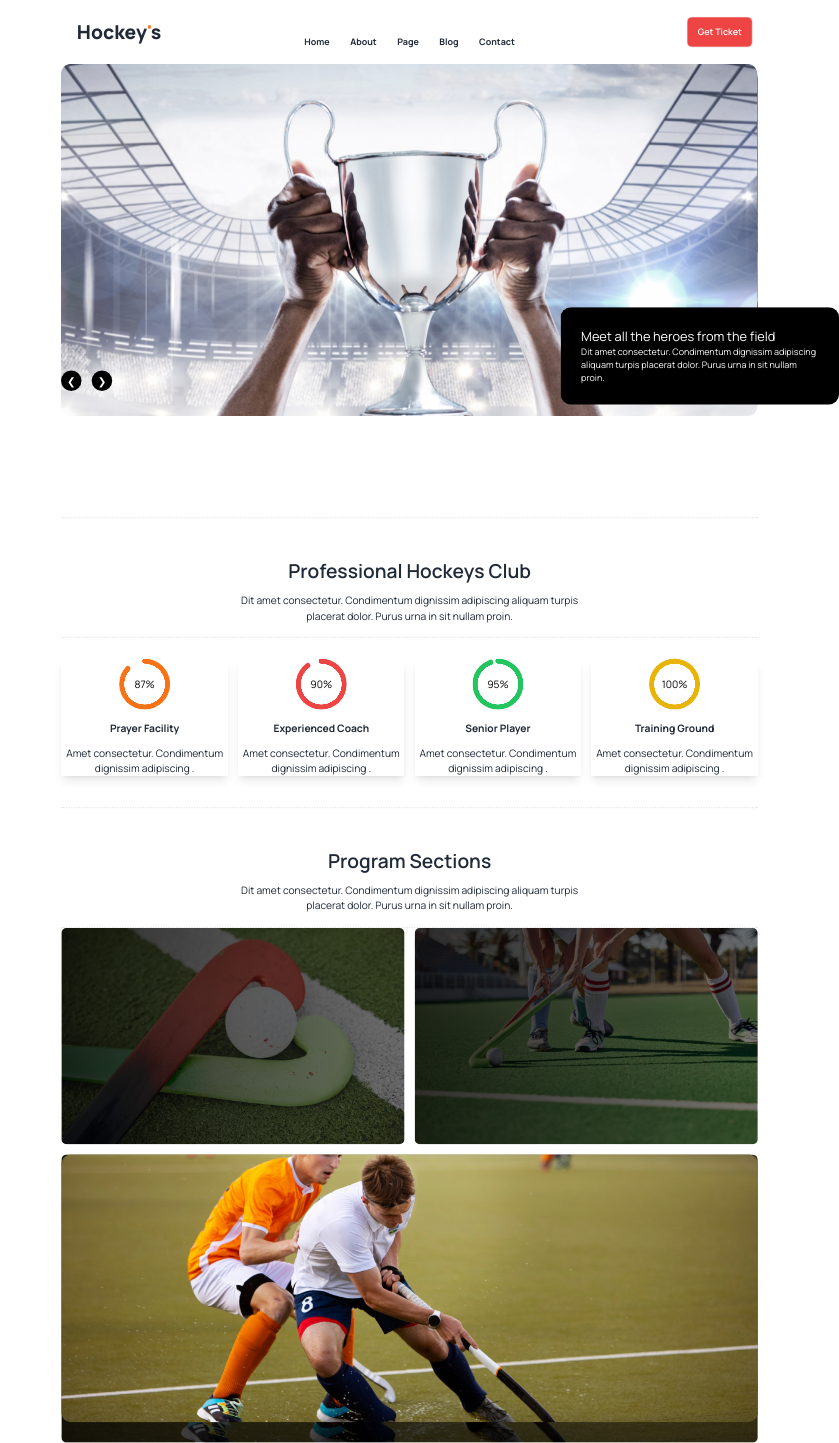
Repository: RudrasahaDibos/Hockey-
Page: index.html
These files come from the project's save history. The page is drawn as it stood at one moment and after the next save; the edit follows.
The browser window is 1280 px wide. The page is 1311 px wide, so the pictures cover 1311 px, including what lies to the right of the window. The pictures show the whole page, at 64% of full size.
Some web libraries are served in a nearby version.

Above is the page before, as saved 2024-10-23 22:32:21.

### index.html
<!DOCTYPE html>
<html lang="en">
<head>
    <meta charset="UTF-8">
    <meta name="viewport" content="width=device-width, initial-scale=1.0">
    <title>Hockeys</title>
    <!-- Tailwinds css -->
    <link href="https://cdn.jsdelivr.net/npm/daisyui@4.12.13/dist/full.min.css" rel="stylesheet" type="text/css" />
    <script src="https://cdn.tailwindcss.com"></script>
    <!-- Font asome -->
    <link rel="stylesheet" href="https://cdnjs.cloudflare.com/ajax/libs/font-awesome/6.6.0/css/all.min.css" integrity="sha512-Kc323vGBEqzTmouAECnVceyQqyqdsSiqLQISBL29aUW4U/M7pSPA/gEUZQqv1cwx4OnYxTxve5UMg5GT6L4JJg==" crossorigin="anonymous" referrerpolicy="no-referrer" />
   <!-- tailwind custom css -->
   <script>
    tailwind.config = {
      theme: {
        extend: {
          colors: {
            clifford: '#da373d',
          }
        }
      }
    }
  </script>
  <!-- google Font  -->
  <link rel="preconnect" href="https://fonts.googleapis.com">
  <link rel="preconnect" href="https://fonts.gstatic.com" crossorigin>
  <link href="https://fonts.googleapis.com/css2?family=Manrope:wght@200..800&display=swap" rel="stylesheet">

  <style>
.manrope {
  font-family: "Manrope", serif;
}
  </style>

</head>
<body class="manrope">
    <!-- header section start here -->
       <header class="container mx-auto lg:px-24 px-8">
                 <!-- navber start here -->
                     <nav>
                        <div class="navbar bg-base-100">
                            <div class="navbar-start">
                              <div class="dropdown">
                                <div tabindex="0" role="button" class="  lg:hidden">
                                  <svg
                                    xmlns="http://www.w3.org/2000/svg"
                                    class="h-5 w-5"
                                    fill="none"
                                    viewBox="0 0 24 24"
                                    stroke="currentColor">
                                    <path
                                      stroke-linecap="round"
                                      stroke-linejoin="round"
                                      stroke-width="2"
                                      d="M4 6h16M4 12h8m-8 6h16" />
                                  </svg>
                                </div>
                                <ul
                                  tabindex="0"
                                  class="menu menu-sm dropdown-content bg-base-100 rounded-box z-[1] mt-3 w-52 p-2 shadow">

                                    <li><a>Home</a></li>
                                    <li><a>About</a></li>
                                    <li><a>Page</a></li>
                                    <li><a>Blog</a></li>
                                    <li><a>Contact</a></li>

                                </ul>
                              </div>

                              <a class=" ml-4  text-2xl lg:text-3xl font-extrabold ">Hockey<span class="text-orange-500">'</span>s</a>

                            </div>
                            <div class="navbar-center hidden lg:flex">
                              <ul class="menu menu-horizontal px-1 mt-8">
                                <li class="hover:text-orange-500 font-bold"><a>Home</a></li>
                                <li  class="hover:text-orange-500 font-bold"><a>About</a></li>
                                <li  class="hover:text-orange-500 font-bold"><a>Page</a></li>
                                <li  class="hover:text-orange-500 font-bold"><a>Blog</a></li>
                                <li  class="hover:text-orange-500 font-bold"><a>Contact</a></li>
                              </ul>
                            </div>
                            <div class="navbar-end  lg:ml-0 ml-20">

                              <a class="btn bg-red-500 text-white  ">Get Ticket</a>
                            </div>
                          </div>
                     </nav>
                 <!-- navber end here -->

                  <!-- banner start here -->
                     <div>
                      <div class="carousel w-full">
                        <div id="slide1" class="carousel-item relative w-full ">
                          <img
                            src="Images/1.png"
                            class="w-full lg:h-[550px] " />
                          <div class="absolute lg:left-0 lg:right-0 lg:top-[90%] left-[90px] top-[80%] flex -translate-y-1/2 transform gap-4">
                            <div class=" h-8 w-8 rounded-full bg-black text-white flex justify-center items-center ">
                              <a href="#slide4" class="lg:btn lg:btn-circle">❮</a>
                            </div>
                            <div class="h-8 w-8 rounded-full bg-black text-white flex justify-center items-center">
                              <a href="#slide2" class="lg:btn lg:btn-circle ">❯</a>
                            </div>
                          </div>
                        </div>
                        <div id="slide2" class="carousel-item relative w-full">
                          <img
                            src="Images/2.png"
                            class="w-full lg:h-[550px]" />
                            <div class="absolute lg:left-0 lg:right-0 lg:top-[90%] left-[90px] top-[80%] flex -translate-y-1/2 transform gap-4">
                              <div class=" h-8 w-8 rounded-full bg-black text-white flex justify-center items-center ">
                                <a href="#slide1" class="lg:btn lg:btn-circle">❮</a>
                              </div>
                              <div class="h-8 w-8 rounded-full bg-black text-white flex justify-center items-center">
                                <a href="#slide3" class="lg:btn lg:btn-circle ">❯</a>
                              </div>
                            </div>
                        </div>
                        <div id="slide3" class="carousel-item relative w-full">
                          <img
                            src="Images/3.png"
                            class="w-full lg:h-[550px]" />
                            <div class="absolute lg:left-0 lg:right-0 lg:top-[90%] left-[90px] top-[80%] flex -translate-y-1/2 transform gap-4">
                              <div class=" h-8 w-8 rounded-full bg-black text-white flex justify-center items-center ">
                                <a href="#slide2" class="lg:btn lg:btn-circle">❮</a>
                              </div>
                              <div class="h-8 w-8 rounded-full bg-black text-white flex justify-center items-center">
                                <a href="#slide4" class="lg:btn lg:btn-circle ">❯</a>
                              </div>
                            </div>
                        </div>
                        <div id="slide4" class="carousel-item relative w-full">
                          <img
                            src="Images/4.png"
                            class="w-full lg:h-[550px]" />
                            <div class="absolute lg:left-0 lg:right-0 lg:top-[90%] left-[90px] top-[80%] flex -translate-y-1/2 transform gap-4">
                              <div class=" h-8 w-8 rounded-full bg-black text-white flex justify-center items-center ">
                                <a href="#slide3" class="lg:btn lg:btn-circle">❮</a>
                              </div>
                              <div class="h-8 w-8 rounded-full bg-black text-white flex justify-center items-center">
                                <a href="#slide1" class="lg:btn lg:btn-circle ">❯</a>
                              </div>
                            </div>
                        </div>
                      </div>

                        <!-- meet all hero  -->
                        <div class=" card bg-black  p-2 lg:p-8  lg:w-2/5 lg:-translate-y-44 lg:left-[780px]">
                          <div class="">
                            <h2 class="lg:text-xl bold text-white">Meet all the heroes from the field</h2>
                            <p class="text-sm text-white">Dit amet consectetur. Condimentum dignissim adipiscing aliquam   turpis placerat dolor. Purus urna in sit nullam proin. </p>

                          </div>
                        </div>
                      <!-- meet hero ebds -->


                     </div>


                   <!-- banner end here -->
       </header>
       <!-- Header section End here -->

       <!-- Main secetion start here  -->
        <main>
                      <!-- Professional Hockeys Club start here -->
                         <section class=" container mx-auto lg:px-24 px-8 lg:mt-0  mt-5  ">
                                 <div class="text-center space-y-4 border-dotted border-t-2 border-b-2  border-separate h-[189px] lg:pt-16">
                                     <h1 class=" text-xl lg:text-3xl font-semibold">Professional Hockeys Club</h1>
                                     <p class="lg:w-[50%] lg:mx-auto">Dit amet consectetur. Condimentum dignissim adipiscing aliquam turpis placerat dolor. Purus urna in sit nullam proin. </p>
                                 </div>
                                  <div class="mt-8">
                                        <div class="grid grid-cols-1 md:gird-cols-2 lg:grid-cols-4 gap-4 ">
                                                <div class=" h-50 shadow-lg space-y-4 flex flex-col justify-center items-center">
                                                  <div class="radial-progress text-orange-500  " style="--value:87;" role="progressbar"><span class="text-black"> 87%</span></div>
                                                    <h3 class="font-bold">Prayer Facility</h3>
                                                    <p class="text-center">Amet consectetur. Condimentum dignissim adipiscing .</p>
                                                </div>
                                                <div class=" h-50 shadow-lg space-y-4 flex flex-col justify-center items-center">
                                                  <div class="radial-progress text-red-500  " style="--value:90;" role="progressbar"><span class="text-black"> 90%</span></div>
                                                    <h3 class="font-bold">Experienced Coach</h3>
                                                    <p class="text-center">Amet consectetur. Condimentum dignissim adipiscing .</p>
                                                </div>
                                                <div class=" h-50  shadow-lg space-y-4 flex flex-col justify-center items-center">
                                                  <div class="radial-progress text-green-500  " style="--value:95;" role="progressbar"><span class="text-black"> 95%</span></div>
                                                    <h3 class="font-bold">Senior Player</h3>
                                                    <p class="text-center">Amet consectetur. Condimentum dignissim adipiscing .</p>
                                                </div>
                                                <div class=" h-50 shadow-lg space-y-4 flex flex-col justify-center items-center">
                                                  <div class="radial-progress text-yellow-500  " style="--value:100;" role="progressbar"><span class="text-black"> 100%</span></div>
                                                    <h3 class="font-bold">Training Ground</h3>
                                                    <p class="text-center">Amet consectetur. Condimentum dignissim adipiscing .</p>
                                                </div>
                                        </div>
                                  </div>

                         </section>
                       <!-- Professional Hockeys Club end here -->


                       <!-- Program Sections start here -->
                            <section class="container mx-auto lg:px-24 px-8 mt-12 ">
                              <div class="text-center space-y-4 border-dotted border-t-2 border-b-2  border-separate h-[189px] lg:pt-16">
                                <h1 class=" text-xl lg:text-3xl font-semibold">Program Sections</h1>
                                <p class="lg:w-[50%] lg:mx-auto">Dit amet consectetur. Condimentum dignissim adipiscing aliquam turpis placerat dolor. Purus urna in sit nullam proin. </p>
                            </div>
                               <div>
                                <div class="grid  grid-cols-1 lg:grid-cols-2 gap-4">

                                  <div class=" relative bg-no-repeat rounded-lg  bg-center bg-cover  w-full bg-[linear-gradient(90deg,rgb(0,0,0,0.8),rgb(0,0,0,0.5)),url(./images/2.png)] h-[338px]">


                                 </div>


                                  <div class="relative  bg-no-repeat rounded-lg  bg-center bg-cover  w-full bg-[linear-gradient(90deg,rgb(0,0,0,0.8),rgb(0,0,0,0.5)),url(./images/3.png)]  h-[338px]">

                                  </div>
                                  <div class=" lg:col-span-2 relative  rounded-lg  bg-center bg-cover w-full bg-[linear-gradient(90deg,rgb(0,0,0,0.8),rgb(0,0,0,0.5)),url(./images/4.png)] h-[450px]">
                                    <img src="Images/4.png" alt="" class="w-full">
                                  </div>
                                </div>
                               </div>
                            </section>

                       <!-- Program Sections end here -->
        </main>
        <!-- main section end here -->

</body>
</html>

After the next save:
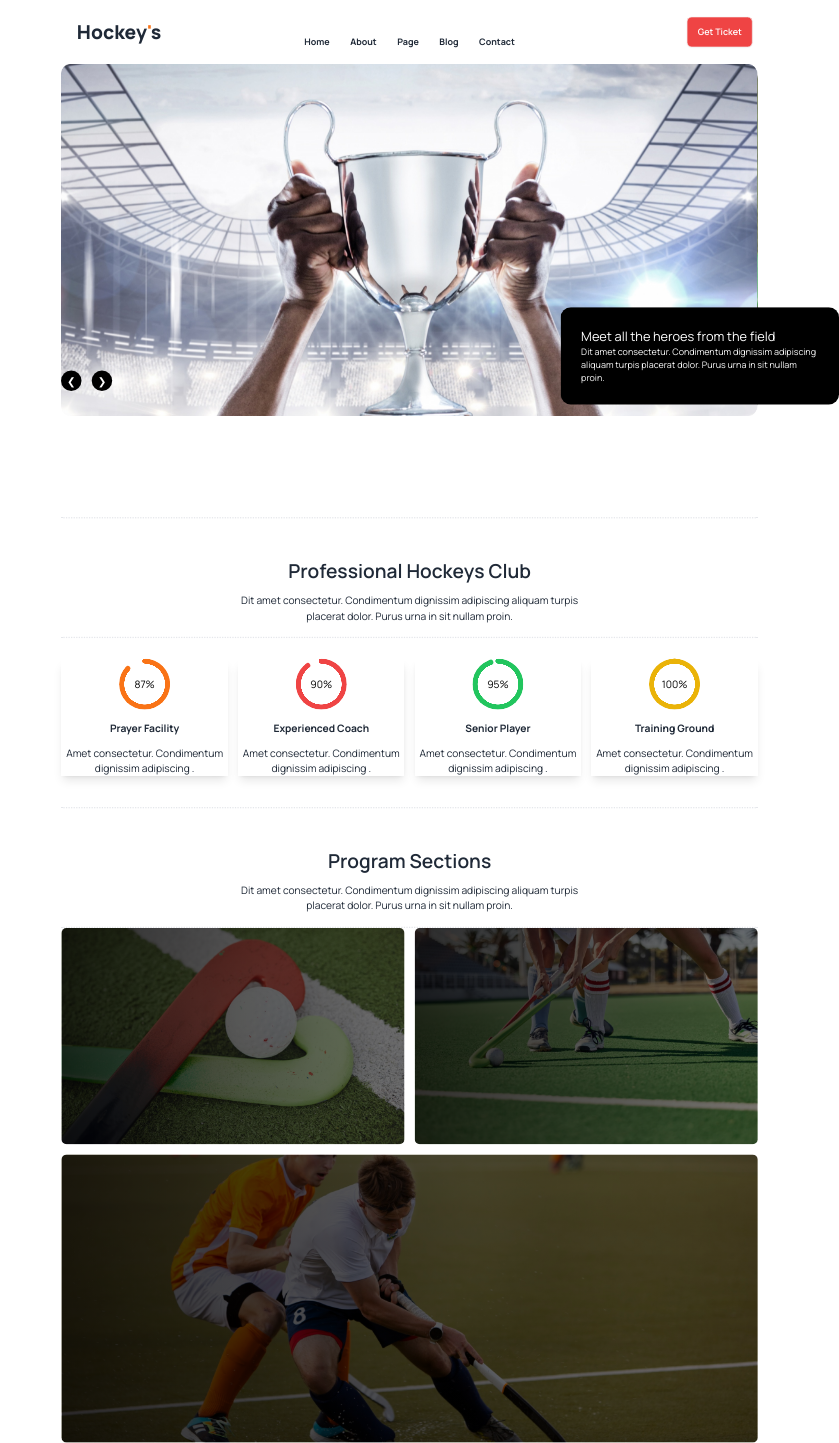
Saved 5 s later.
--- a/index.html
+++ b/index.html
@@ -219,7 +219,7 @@
 
                                   </div>
                                   <div class=" lg:col-span-2 relative  rounded-lg  bg-center bg-cover w-full bg-[linear-gradient(90deg,rgb(0,0,0,0.8),rgb(0,0,0,0.5)),url(./images/4.png)] h-[450px]">
-                                    <img src="Images/4.png" alt="" class="w-full">
+
                                   </div>
                                 </div>
                                </div>
